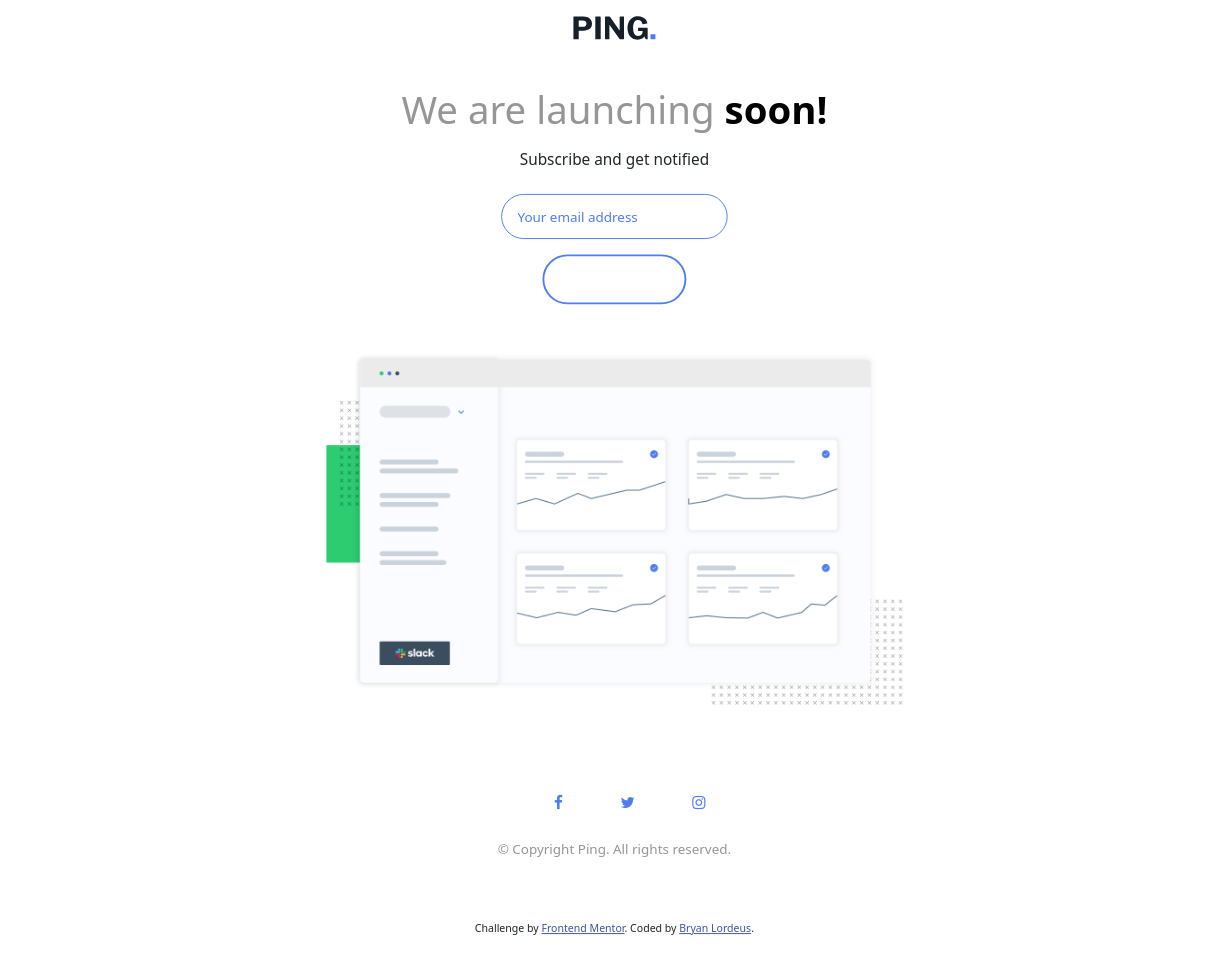
Repository: blordeus/ping-coming-soon-page-master
Page: index.html
These files come from the project's save history. The page is drawn as it stood at one moment and after the next save; the edit follows.
The browser window is 1280 px wide. The pictures show the whole page, at 96% of full size.
The pointer rests on the first visible `button`.
The style sheet was rebuilt from its Sass, Less or Tailwind sources for each picture, by a compiler version that may differ from the author's.

Above is the page before, as saved 2023-08-31 12:16:41.

After the next save:
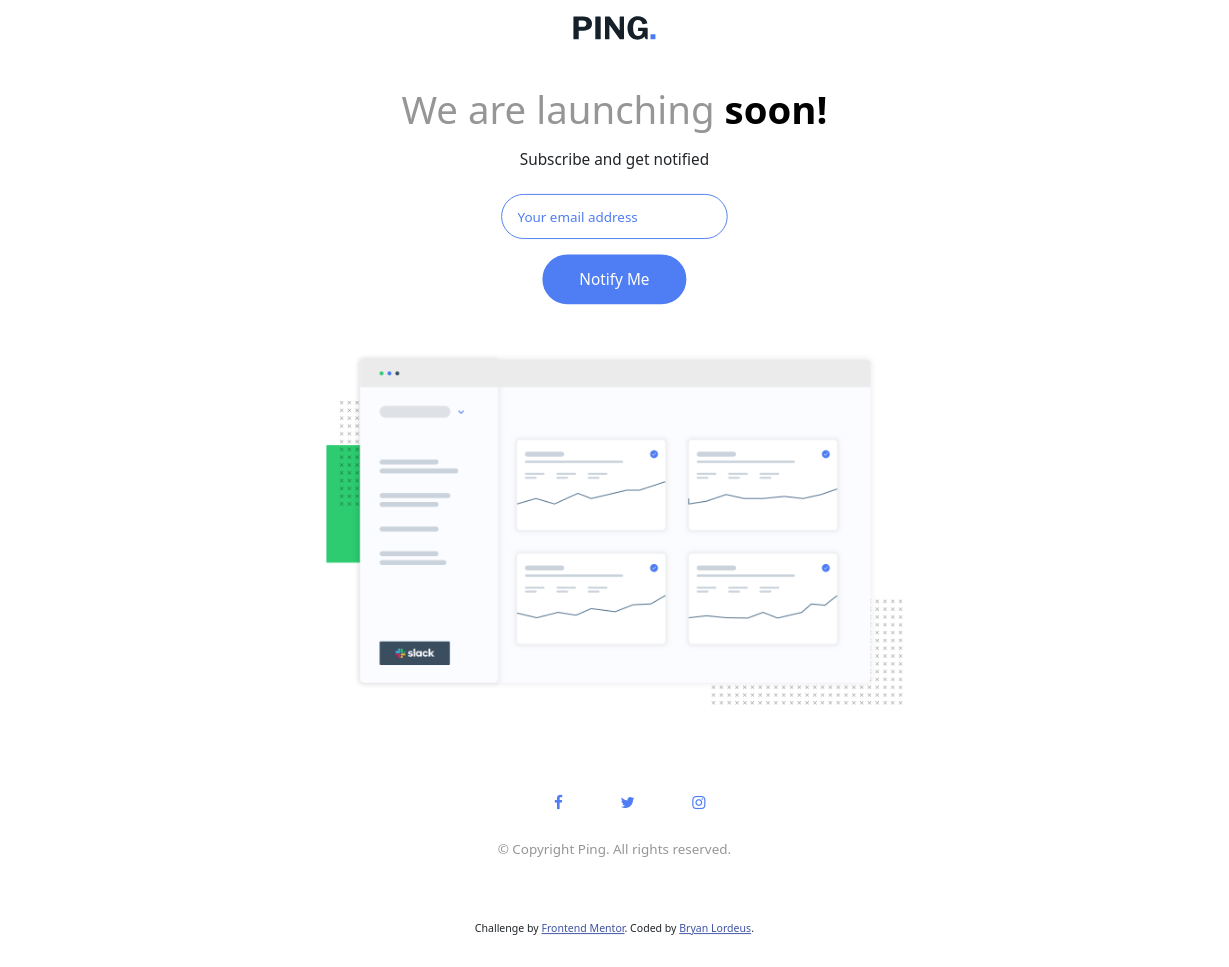
Saved 65 s later.
--- a/style.scss
+++ b/style.scss
@@ -70,7 +70,6 @@
 
 button:hover {
     cursor: pointer;
-    background-color: transparent;
     color: var(--blue);
 }
 

After the save that followed:
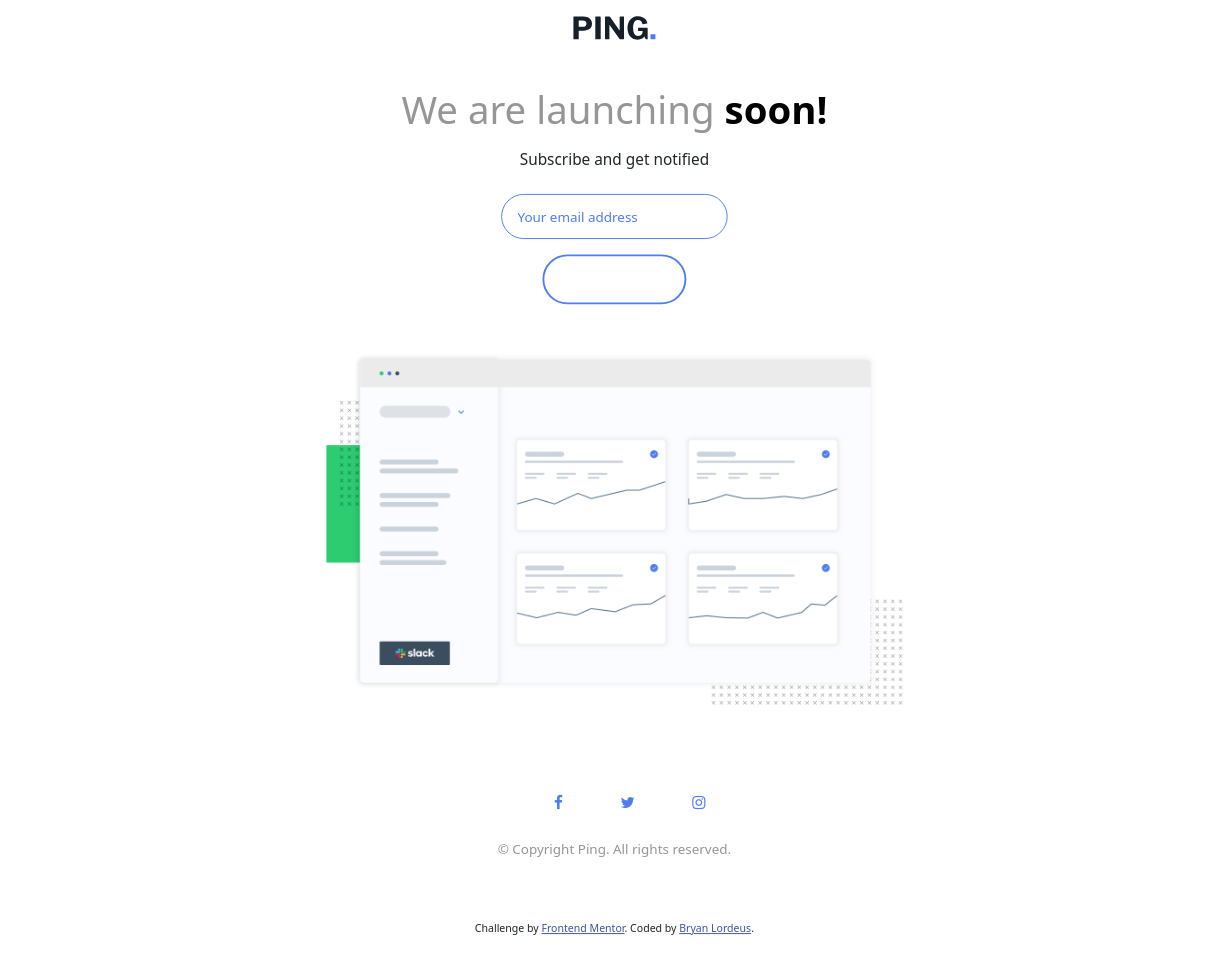
Saved 15 s later.
--- a/style.scss
+++ b/style.scss
@@ -70,6 +70,7 @@
 
 button:hover {
     cursor: pointer;
+    background-color: transparent;
     color: var(--blue);
 }
 
